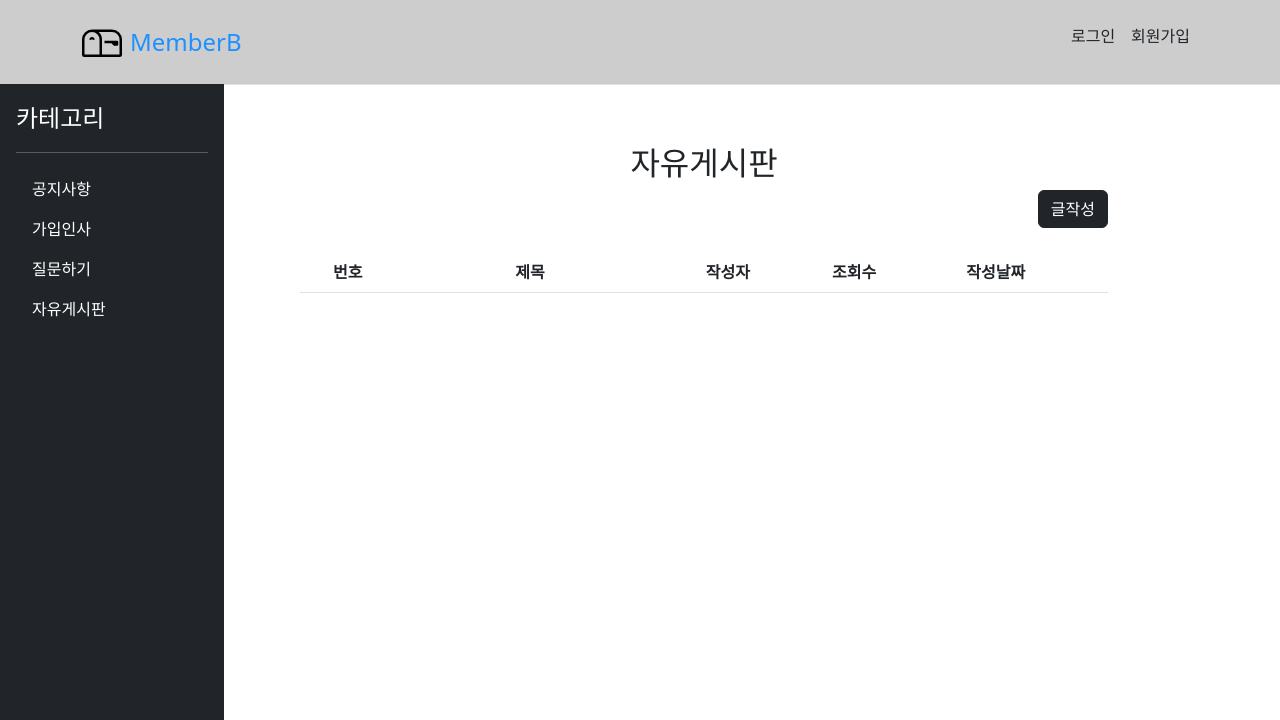
Repository: charmErin/board_220915
Page: http://localhost/board/WEB-INF/views/board/list.jsp
The author's editor kept a copy of each file at every save. The page is drawn from the files as they stood at one save, then again after the next save.
The browser window is 1280 px wide. The pictures show the whole page.
The pointer rests on the first visible `a`.
The page is served by Tomcat 9. Nobody is signed in. Other server files are loaded and not shown. The template is opened directly, without the code that normally fills it, so the values that code supplies are empty.

Above is the page before, as saved 2022-09-16 08:28:17.

### board/src/main/webapp/WEB-INF/views/board/list.jsp
<%@ page language="java" contentType="text/html; charset=UTF-8"
    pageEncoding="UTF-8"%>
<%@ taglib uri="http://java.sun.com/jsp/jstl/core" prefix="c" %>
<%@ taglib prefix="fmt" uri="http://java.sun.com/jsp/jstl/fmt" %>
<!DOCTYPE html>
<html>
<head>
<meta charset="UTF-8">
<title>Insert title here</title>
<style>
	.body-content {
		margin-top: 9rem;
		margin-left: 15rem;
		padding-left: 3rem;
		padding-right: 10rem;
	}

	h2 {
		text-align: center;
	}

	a {
		text-decoration: none !important;
		color: #000 !important;
	}

	a:hover {
		color: dodgerblue !important;
		cursor: pointer;
	}

	th {
		text-align: center !important;
	}

	td:not(:nth-child(2)) {
		text-align: center !important;
	}
</style>
</head>
<body>
	<%@include file ="../layout/header.jsp" %>
	<div class="body-content">
	<div class="container my-4">
		<c:choose>
			<c:when test="${category eq 1}">
				<h2>공지사항</h2>
			</c:when>
			<c:when test="${category eq 2}">
				<h2>가입인사</h2>
			</c:when>
			<c:when test="${category eq 3}">
				<h2>질문하기</h2>
			</c:when>
			<c:otherwise>
				<h2>자유게시판</h2>
			</c:otherwise>
		</c:choose>
		<div class="d-grid gap-2 d-md-flex justify-content-md-end mb-4">
			<button onclick="boardSave()" class="btn btn-dark">글작성</button>
		</div>

		<table class="table table-hover">
			<tr>
				<th scope="row">번호</th>
				<th scope="row" class="col-4">제목</th>
				<th scope="row">작성자</th>
				<th scope="row">조회수</th>
				<th scope="row">작성날짜</th>
				<th></th>
			</tr>
			<c:forEach var="board" items="${boardList}">
				<tr>
					<td>${board.id}</td>
					<td>
						<a href="/board/detail/${board.id}">${board.boardTitle}</a>
						<c:if test="${board.boardFileName ne null}"><img src="#" alt=""/></c:if>
					</td>
					<td>${board.boardWriter}</td>
					<td>${board.boardHits}</td>
					<td><fmt:formatDate pattern="yyyy-MM-dd" value="${board.createdTime}"></fmt:formatDate></td>
					<td></td>
				</tr>
			</c:forEach>
		</table>
	</div>





	</div>
</body>
<script>
	const boardSave = () => {
		location.href = "/board/save-form";
	}
</script>
</html>

### board/src/main/webapp/WEB-INF/views/layout/header.jsp
<%@ page language="java" contentType="text/html; charset=UTF-8"
    pageEncoding="UTF-8"%>
<%@ taglib uri="http://java.sun.com/jsp/jstl/core" prefix="c" %>
<%@ taglib prefix="fmt" uri="http://java.sun.com/jsp/jstl/fmt" %>
<!DOCTYPE html>
<html>
<head>
<meta charset="UTF-8">
<link href="https://cdn.jsdelivr.net/npm/bootstrap@5.2.1/dist/css/bootstrap.min.css" rel="stylesheet" integrity="sha384-iYQeCzEYFbKjA/T2uDLTpkwGzCiq6soy8tYaI1GyVh/UjpbCx/TYkiZhlZB6+fzT" crossorigin="anonymous">
<title>Insert title here</title>
<style>
	header {
		background: #CDCDCD;
	}

	.side-bar {
		width: 14rem;
		height: 100%;
		margin-top: 1rem;
		position: fixed;
		display: inline !important;
	}
</style>
</head>
<body>
	<header class="py-3 border-bottom header-fix fixed-top">
		<div class="container d-flex flex-wrap justify-content-center">
			<a href="/" class="d-flex align-items-center mb-3 mb-lg-0 me-lg-auto text-dark text-decoration-none">
				<img src="../../../resources/svg/mailbox.svg" width="40" height="40">
				<span class="fs-4 m-2">
					MemberB
				</span>
			</a>

			<div>
				<c:choose>
					<c:when test="${sessionScope.id == null}">
						<ul class="nav">
							<li class="nav-item">
								<a href="/member/login-form" class="nav-link link-dark px-2">로그인</a>
							</li>
							<li class="nav-item">
								<a href="/member/save-form" class="nav-link link-dark px-2">회원가입</a>
							</li>
						</ul>
					</c:when>
					<c:otherwise>
						<ul class="nav">
							<li class="nav-item">
								<a href="/member/detail/${sessionScope.id}" class="nav-link link-dark px-2">${sessionScope.memberName}</a>
							</li>
							<c:if test="${sessionScope.loginId eq 'admin'}">
								<li class="nav-item">
									<a href="/member/findAll" class="nav-link link-dark px-2">회원목록</a>
								</li>
							</c:if>
							<li class="nav-item">
								<a href="/member/logout" class="nav-link link-dark px-2">로그아웃</a>
							</li>
						</ul>
					</c:otherwise>
				</c:choose>
			</div>
		</div>
		<div class="d-flex flex-column flex-shrink-0 p-3 text-bg-dark side-bar">
			<span class="fs-4">카테고리</span>
			<hr>
			<ul class="nav nav-pills flex-column mb-auto">
				<li class="nav-item">
					<a href="/board/1" class="nav-link text-white">공지사항</a>
				</li>
				<li>
					<a href="/board/2" class="nav-link text-white">가입인사</a>
				</li>
				<li>
					<a href="/board/3" class="nav-link text-white">질문하기</a>
				</li>
				<li>
					<a href="/board/4" class="nav-link text-white">자유게시판</a>
				</li>
			</ul>
		</div>
	</header>
</body>
</html>

### board/src/main/webapp/resources/svg/mailbox.svg
<svg xmlns="http://www.w3.org/2000/svg" width="16" height="16" fill="currentColor" class="bi bi-mailbox" viewBox="0 0 16 16">
  <path d="M4 4a3 3 0 0 0-3 3v6h6V7a3 3 0 0 0-3-3zm0-1h8a4 4 0 0 1 4 4v6a1 1 0 0 1-1 1H1a1 1 0 0 1-1-1V7a4 4 0 0 1 4-4zm2.646 1A3.99 3.99 0 0 1 8 7v6h7V7a3 3 0 0 0-3-3H6.646z"/>
  <path d="M11.793 8.5H9v-1h5a.5.5 0 0 1 .5.5v1a.5.5 0 0 1-.5.5h-1a.5.5 0 0 1-.354-.146l-.853-.854zM5 7c0 .552-.448 0-1 0s-1 .552-1 0a1 1 0 0 1 2 0z"/>
</svg>

After the next save:
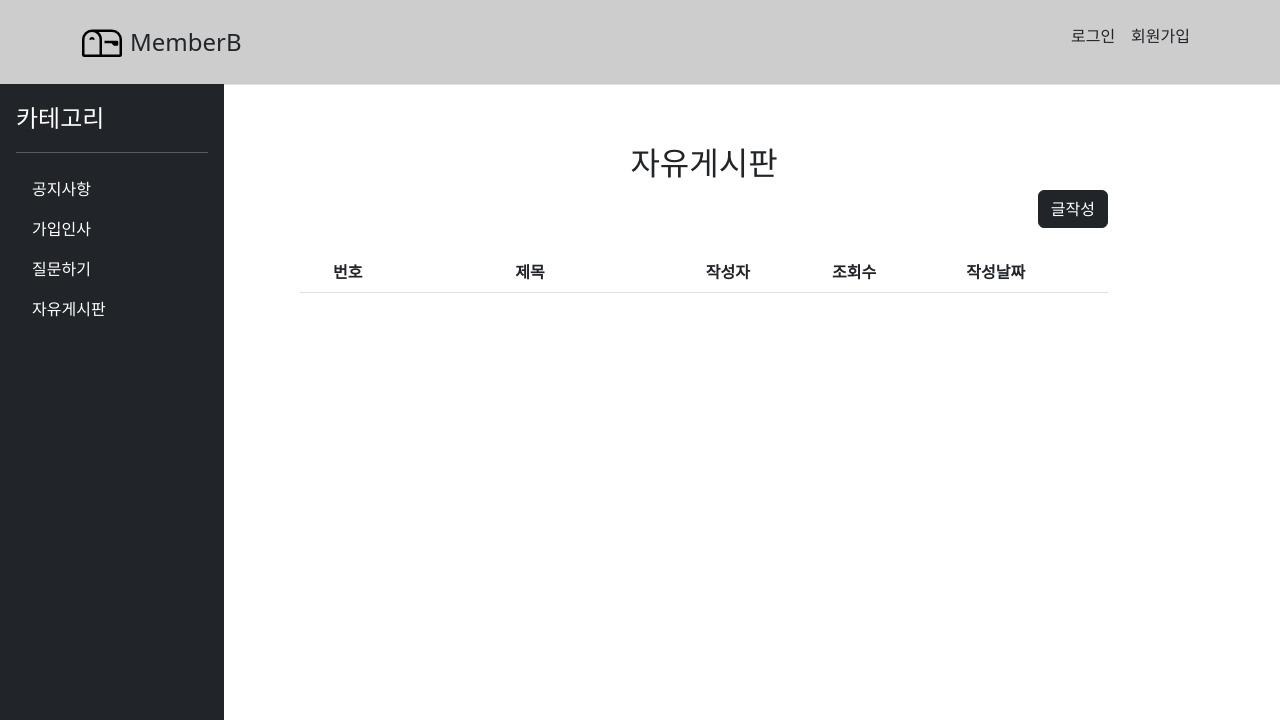
Saved 111 s later.
--- a/board/src/main/webapp/WEB-INF/views/board/list.jsp
+++ b/board/src/main/webapp/WEB-INF/views/board/list.jsp
@@ -24,7 +24,7 @@
 		color: #000 !important;
 	}
 
-	a:hover {
+	a:hover:not(:firse-child) {
 		color: dodgerblue !important;
 		cursor: pointer;
 	}
